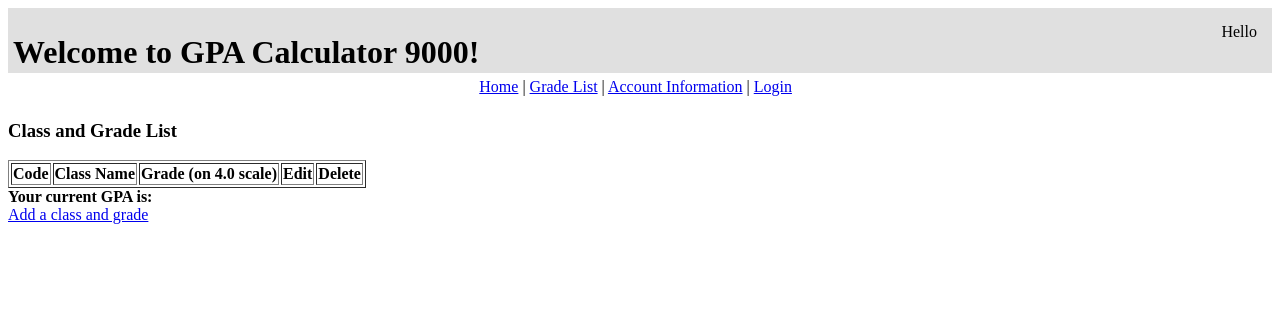
Repository: cheeseburger-engineering/gpaCalculator
Page: http://localhost/GPACalculator/WEB-INF/views/classListView.jsp
The author's editor kept a copy of each file at every save. The page is drawn from the files as they stood at one save, then again after a run of saves.
The browser window is 1280 px wide. The pictures show the whole page.
The page is served by Tomcat 9. Nobody is signed in. Other server files are loaded and not shown. The template is opened directly, without the code that normally fills it, so the values that code supplies are empty.

Above is the page before, as saved 2019-06-03 01:26:21.

### GPACalculator/WebContent/WEB-INF/views/classListView.jsp
<%@ page language="java" contentType="text/html; charset=UTF-8"
 pageEncoding="UTF-8"%>
<%@ taglib uri="http://java.sun.com/jsp/jstl/core" prefix="c" %>
<!DOCTYPE html>
<html>
 <head>
    <meta charset="UTF-8">
    <title>Class and Grade List</title>
 </head>
 <body>

    <jsp:include page="_header.jsp"></jsp:include>
    <jsp:include page="_menu.jsp"></jsp:include>

    <h3>Class and Grade List</h3>

    <p style="color: red;">${errorString}</p>

    <table border="1" style="cellpadding:5" style="cellspacing:1" >
       <tr>
          <th>Code</th>
          <th>Class Name</th>
          <th>Grade (on 4.0 scale)</th>
          <th>Edit</th>
          <th>Delete</th>
       </tr>
       <c:forEach items="${gradeList}" var="grade" >
          <tr>
             <td>${grade.code}</td>
             <td>${grade.name}</td>
             <td>${grade.gpa}</td>
             <td>
                <a href="editClass?code=${grade.code}">Edit</a>
             </td>
             <td>
                <a href="deleteClass?code=${grade.code}">Delete</a>
             </td>
          </tr>
       </c:forEach>
    </table>

    <b>Your current GPA is: </b>

    <br/>
    <a href="addClass">Add a class and grade</a>

 </body>
</html>

### GPACalculator/WebContent/WEB-INF/views/_header.jsp
<%@ page language="java" contentType="text/html; charset=UTF-8" pageEncoding="UTF-8"%>

<div style="background: #E0E0E0; height: 55px; padding: 5px;">

	<div style="float: left">
		<h1>Welcome to GPA Calculator 9000!</h1>
	</div>

	<div style="float: right; padding: 10px; text-align: right;">
		<!-- User store in session with attribute: loginedUser -->
		Hello <b>${loginedUser.userName}</b>
	</div>

</div>

### GPACalculator/WebContent/WEB-INF/views/_menu.jsp
<%@ page language="java" contentType="text/html; charset=UTF-8" pageEncoding="UTF-8"%>

<div style="padding: 5px;">

	<a href="${pageContext.request.contextPath}/">Home</a>
	|
	<a href="${pageContext.request.contextPath}/classList">Grade List</a>
	|
	<a href="${pageContext.request.contextPath}/accountInfo">Account Information</a>
	|
	<!-- Conditionally display Sign In or Sign Out -->
	<a href="${pageContext.request.contextPath}/login">
		<% if(org.cheeseburger.gpacalculator.utils.MyUtils.getLoginedUser(session) == null){ %>
			Login
		<% } else { %>
			Logout
		<% } %>
	</a>

</div>

### GPACalculator/src/org/cheeseburger/gpacalculator/utils/MyUtils.java
package org.cheeseburger.gpacalculator.utils;
import java.sql.Connection;

import javax.servlet.ServletRequest;
import javax.servlet.http.Cookie;
import javax.servlet.http.HttpServletRequest;
import javax.servlet.http.HttpServletResponse;
import javax.servlet.http.HttpSession;

import org.cheeseburger.gpacalculator.beans.UserAccount;

public class MyUtils {

    public static final String ATT_NAME_CONNECTION = "ATTRIBUTE_FOR_CONNECTION";

    private static final String ATT_NAME_USER_NAME = "ATTRIBUTE_FOR_STORE_USER_NAME_IN_COOKIE";

    // Store Connection in request attribute.
    // (Information stored only exist during requests)
    public static void storeConnection(ServletRequest request, Connection conn) {
        request.setAttribute(ATT_NAME_CONNECTION, conn);
    }

    // Get the Connection object has been stored in attribute of the request.
    public static Connection getStoredConnection(ServletRequest request) {
        Connection conn = (Connection) request.getAttribute(ATT_NAME_CONNECTION);
        return conn;
    }

    // Store user info in Session.
    public static void storeLoginedUser(HttpSession session, UserAccount loginedUser) {
        // On the JSP can access via ${loginedUser}
        session.setAttribute("loginedUser", loginedUser);
    }

    // Get the user information stored in the session.
    public static UserAccount getLoginedUser(HttpSession session) {
        UserAccount loginedUser = (UserAccount) session.getAttribute("loginedUser");
        return loginedUser;
    }

    // Store info in Cookie
    public static void storeUserCookie(HttpServletResponse response, UserAccount user) {
        System.out.println("Store user cookie");
        Cookie cookieUserName = new Cookie(ATT_NAME_USER_NAME, user.getUserName());
        // 1 day (Converted to seconds)
        cookieUserName.setMaxAge(24 * 60 * 60);
        response.addCookie(cookieUserName);
    }

    public static String getUserNameInCookie(HttpServletRequest request) {
        Cookie[] cookies = request.getCookies();
        if (cookies != null) {
            for (Cookie cookie : cookies) {
                if (ATT_NAME_USER_NAME.equals(cookie.getName())) {
                    return cookie.getValue();
                }
            }
        }
        return null;
    }

    // Delete cookie.
    public static void deleteUserCookie(HttpServletResponse response) {
        Cookie cookieUserName = new Cookie(ATT_NAME_USER_NAME, null);
        // 0 seconds (This cookie will expire immediately)
        cookieUserName.setMaxAge(0);
        response.addCookie(cookieUserName);
    }

}

After the next 3 saves:
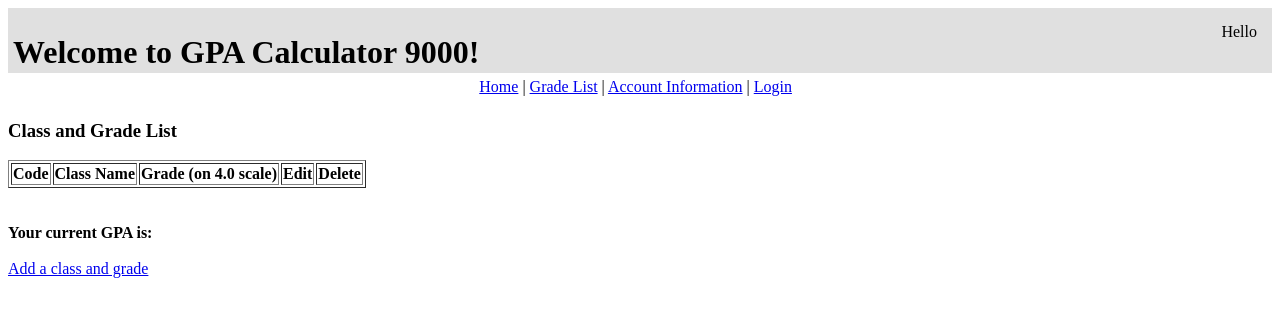
The 3 saves are shown as one change because 2 did not build or start.
The last was saved 84 s later.
--- a/GPACalculator/WebContent/WEB-INF/views/classListView.jsp
+++ b/GPACalculator/WebContent/WEB-INF/views/classListView.jsp
@@ -39,9 +39,10 @@
        </c:forEach>
     </table>
 
-    <b>Your current GPA is: </b>
+    <br/><br/>
+    <b>Your current GPA is:</b>
 
-    <br/>
+    <br/><br/>
     <a href="addClass">Add a class and grade</a>
 
  </body>
